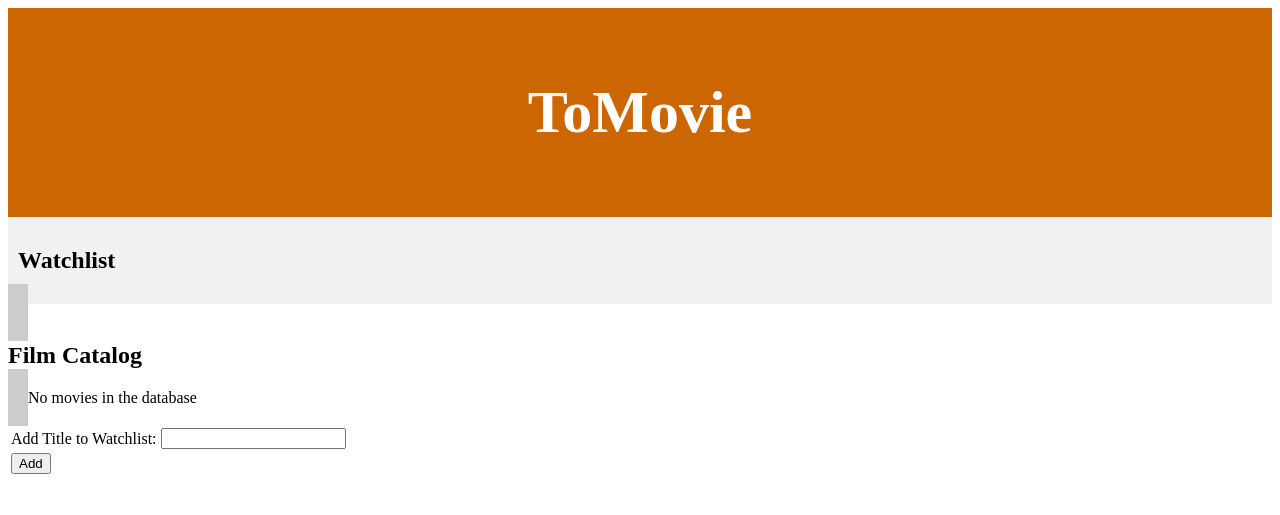
Repository: dannie-su-sjsu/CS157A-team6
Page: http://localhost/ToMovie/movie.jsp
These files come from the project's save history. The page is drawn as it stood at one moment and after the next save; the edit follows.
The browser window is 1280 px wide. The pictures show the whole page.
The page is served by Tomcat 9. Other server files are loaded and not shown. Queries for data that is not in the repository find no rows.

Above is the page before, as saved 2023-07-16 04:02:28.

### ToMovie/src/main/webapp/movie.jsp
<%@ page language="java" contentType="text/html; \charset=UTF-8"
	pageEncoding="UTF-8"%>
<%@ page import = "java.sql.*"%>
<!DOCTYPE html>
<html>
<head>
<meta charset="UTF-8">
<style><%@include file="/WEB-INF/css/style.css"%></style>
<title>MovieList</title>
</head>
<body>
<header><h1>ToMovie</h1></header>
<article><h2>Watchlist</h2></article>
<catalog><h2>Film Catalog</h2></catalog>

<%
//*** CONNECTING TO DATABASE ***///
Class.forName("com.mysql.cj.jdbc.Driver");
Connection con = DriverManager.getConnection("jdbc:mysql://localhost:3306/cs157aprojectteam6","root","Halo4mlg!");
%>


<%
//*** DISPLAYING MOVIE TABLE ***///
try{
	PreparedStatement display = con.prepareStatement("SELECT * FROM cs157aprojectteam6.Movie");
	ResultSet showDisplay = display.executeQuery();
	if(showDisplay.next()==false){
		out.println("No movies in the database");
	}
	else{%>
		<div class= "table_mod1">
			<table>
			<tr><th>ID</th><th>Title</th><th>Year Released</th></tr> <%
			do
			{ %>
				<tr><td><%= showDisplay.getString(1) %></td><td><%= showDisplay.getString(2) %></td><td><%= showDisplay.getString(3) %></td></tr><%
			}while(showDisplay.next());%>
			</table>
		</div><%
	}
}
catch(Exception e){
	e.getStackTrace();
}
%>

<%//*** ADDING FILMS ***///%>
<form action ="MovieServlet" method="post"><br>
<table>
<tr><td> Add Title to Watchlist: </td><td><input type = text name = title></td></tr>
<tr><td><input type = submit value = Add></td></tr>
</table>
</form>

</body>
</html>

### ToMovie/src/main/webapp/WEB-INF/css/style.css
@charset "UTF-8";
.button-container1{
	background-color: #C60;
	padding: 15px 32px;
  	text-align: center;
  	font-size: 36px;
  	font-family: Jockey One;
  	margin-right:100px;
  	box-shadow: 0 12px 16px 0 rgba(0,0,0,0.24), 0 17px 50px 0 rgba(0,0,0,0.19);

}
.button-container2{
	background-color: #C60;
	padding: 15px 32px;
  	color: #1E1E1E;
  	text-align: center;
  	font-size: 36px;
  	font-family: Jockey One;
  	margin-left:100px;
  	box-shadow: 0 12px 16px 0 rgba(0,0,0,0.24), 0 17px 50px 0 rgba(0,0,0,0.19);

}
.button-flex{
	display:flex;
	display: inline-block;
}
.table_mod1{
  border: 1px solid black;
  border-collapse: collapse;
}
header {
  background-color: #C60;
  padding: 30px;
  text-align: center;
  font-size: 30px;
  color: white;
}
article {
  -webkit-flex: 3;
  -ms-flex: 3;
  flex: 3;
  background-color: #f1f1f1;
  padding: 10px;
}

catalog {
  -webkit-flex: 1;
  -ms-flex: 1;
  flex: 1;
  background: #ccc;
  padding: 20px;
}

After the next save:
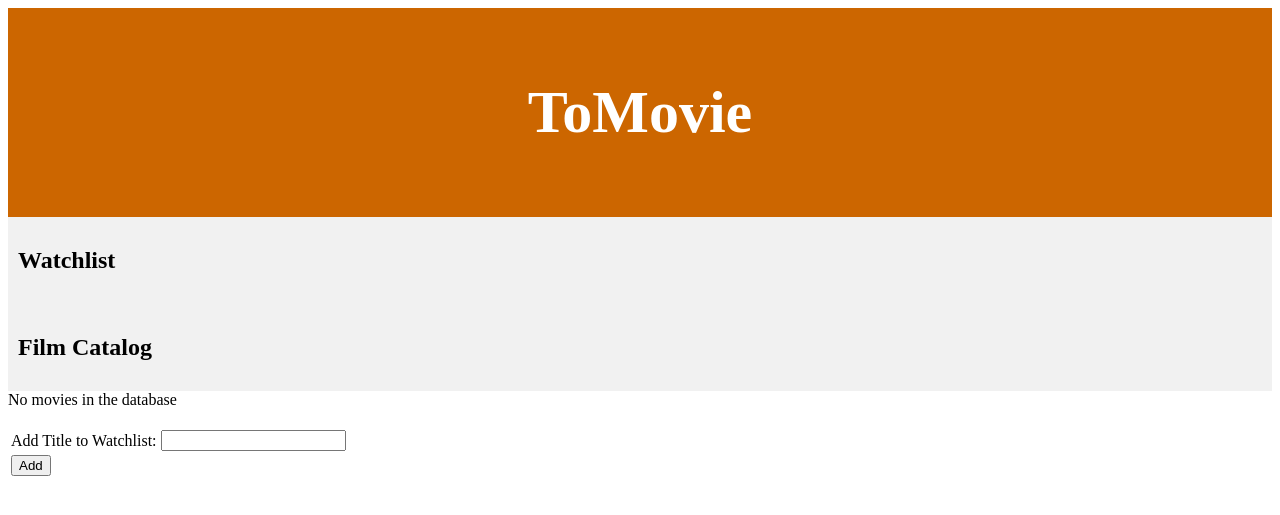
Saved 48 s later.
--- a/ToMovie/src/main/webapp/movie.jsp
+++ b/ToMovie/src/main/webapp/movie.jsp
@@ -11,7 +11,7 @@
 <body>
 <header><h1>ToMovie</h1></header>
 <article><h2>Watchlist</h2></article>
-<catalog><h2>Film Catalog</h2></catalog>
+<article><h2>Film Catalog</h2></article>
 
 <%
 //*** CONNECTING TO DATABASE ***///
